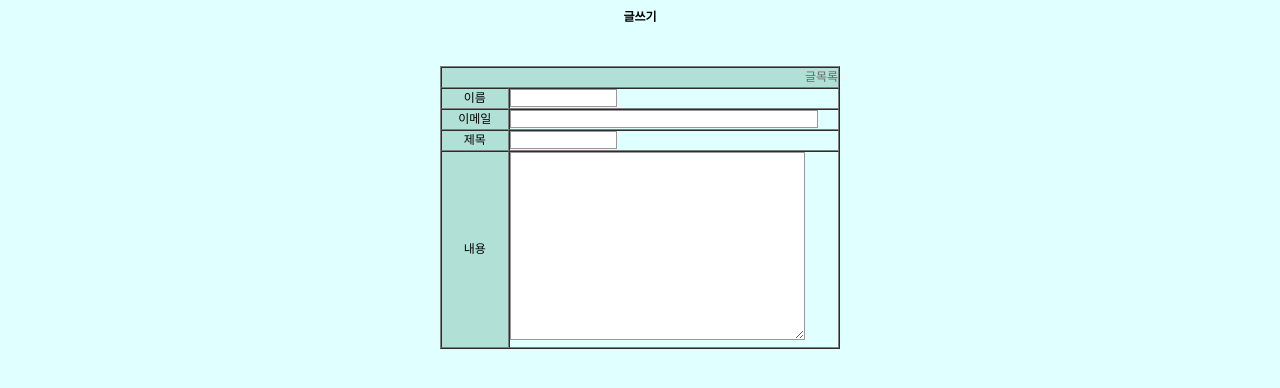
Repository: noopzzya/study_jsp_globalin
Page: http://localhost/ServletProject/boardone/writeform.jsp
An editor plug-in stored every save of this project. The page is shown before and after the next save, followed by the edit.
The browser window is 1280 px wide. The pictures show the whole page.
The page is served by Tomcat 9. Other server files are loaded and not shown.

Above is the page before, as saved 2023-02-08 01:17:54.

### ServletProject/src/main/webapp/boardone/writeform.jsp
<%@ page language="java" contentType="text/html; charset=UTF-8"
    pageEncoding="UTF-8"%>
<%@ include file = "view/color.jsp" %>

<!DOCTYPE html>
<html>
<head>
<meta charset="UTF-8">
<title>My Board</title>
<link href="style.css" rel="stylesheet" type="text/css">
</head>
<body bgcolor="<%=bodyback_c%>">

<div align="center"><b>글쓰기</b></div><br><br>

<form action="writeProc.jsp" method="post" name="writeForm" onsubmit="return writeSave()">

<table width="400" border="1" cellpadding="0" cellspacing="0" align="center" bgcolor="<%=bodyback_c%>">
	<tr>
		<td align="right" colspan="2" bgcolor="<%=value_c%>">
			<a href="list.jsp">글목록</a>
		</td>
	</tr>

	<tr>
		<td width="70" bgcolor="<%=value_c%>" align="center">이름</td>
		<td width="330">
			<input type="text" size="12" maxlength="12" name="wirter">
		</td>
	</tr>

	<tr>
		<td width="70" bgcolor="<%=value_c%>" align="center">이메일</td>
		<td width="330">
			<input type="text" size="45" maxlength="12" name="email">
		</td>
	</tr>

	<tr>
		<td width="70" bgcolor="<%=value_c%>" align="center">제목</td>
		<td width="330">
			<input type="text" size="12" maxlength="12" name="subject">
		</td>
	</tr>

	<tr>
		<td width="70" bgcolor="<%=value_c%>" align="center">내용</td>
		<td width="330">
			<textarea rows="13" cols="45" name="content"></textarea>
		</td>
	</tr>

</table>

</form>

</body>
</html>

### ServletProject/src/main/webapp/boardone/view/color.jsp
<%@ page language="java" contentType="text/html; charset=UTF-8"
    pageEncoding="UTF-8"%>

<%
	String bodyback_c = "#e0ffff";
	String back_c = "#8fbc8f";
	String title_c = "#5f9ea0";
	String value_c = "#b0e0d6";
	String bar = "#778899";
%>

### ServletProject/src/main/webapp/boardone/style.css
@charset "UTF-8";
body {
	font-size: 9pt;
	color: black;
	line-height: 160%;
	font-family: 굴림, verdana, tahoma;
}

td {
	font-size: 9pt;
	color: black;
	line-height: 160%;
	font-family: 굴림, verdana, tahoma;
}

select {
	font-size: 9pt;
	color: black;
	line-height: 160%;
	font-family: 굴림, verdana, tahoma;
}

div {
	font-size: 9pt;
	color: black;
	line-height: 160%;
	font-family: 굴림, verdana, tahoma;
}

form {
	font-size: 9pt;
	color: black;
	line-height: 160%;
	font-family: 굴림, verdana, tahoma;
}

textarea {
	border-right: 1px solid #999999;
	border-top: 1px solid #999999;
	border-left: 1px solid #999999;
	border-bottom: 1px solid #999999;
	font-size: 9pt;
	color: black;
	font-family: 굴림, verdana, tahoma;
	background-color: white;
}

input {
	border-right: 1px solid #999999;
	border-top: 1px solid #999999;
	border-left: 1px solid #999999;
	border-bottom: 1px solid #999999;
	font-size: 9pt;
	color: black;
	font-family: 굴림, verdana, tahoma;
	background-color: white;
}

a:link {
	text-decoration: none;
	color: #696969;
}

a:hover {
	text-decoration: yes;
	color: #66ccff;
}

a:visited {
	text-decoration: none;
	color: #330066;
}

After the next save:
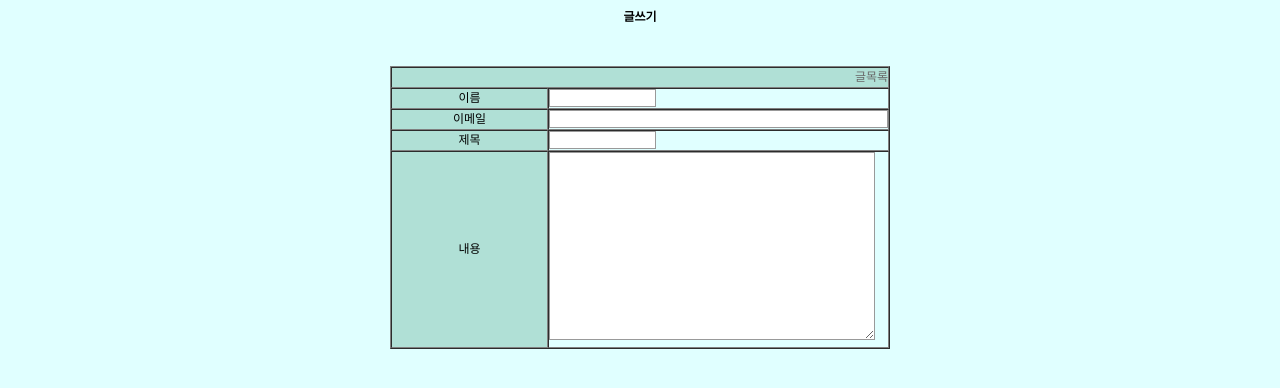
Saved 75 s later.
--- a/ServletProject/src/main/webapp/boardone/writeform.jsp
+++ b/ServletProject/src/main/webapp/boardone/writeform.jsp
@@ -15,7 +15,7 @@
 
 <form action="writeProc.jsp" method="post" name="writeForm" onsubmit="return writeSave()">
 
-<table width="400" border="1" cellpadding="0" cellspacing="0" align="center" bgcolor="<%=bodyback_c%>">
+<table width="500" border="1" cellpadding="0" cellspacing="0" align="center" bgcolor="<%=bodyback_c%>">
 	<tr>
 		<td align="right" colspan="2" bgcolor="<%=value_c%>">
 			<a href="list.jsp">글목록</a>
@@ -23,30 +23,30 @@
 	</tr>
 
 	<tr>
-		<td width="70" bgcolor="<%=value_c%>" align="center">이름</td>
+		<td width="170" bgcolor="<%=value_c%>" align="center">이름</td>
 		<td width="330">
 			<input type="text" size="12" maxlength="12" name="wirter">
 		</td>
 	</tr>
 
 	<tr>
-		<td width="70" bgcolor="<%=value_c%>" align="center">이메일</td>
+		<td width="170" bgcolor="<%=value_c%>" align="center">이메일</td>
 		<td width="330">
-			<input type="text" size="45" maxlength="12" name="email">
+			<input type="text" size="50" maxlength="12" name="email">
 		</td>
 	</tr>
 
 	<tr>
-		<td width="70" bgcolor="<%=value_c%>" align="center">제목</td>
+		<td width="170" bgcolor="<%=value_c%>" align="center">제목</td>
 		<td width="330">
 			<input type="text" size="12" maxlength="12" name="subject">
 		</td>
 	</tr>
 
 	<tr>
-		<td width="70" bgcolor="<%=value_c%>" align="center">내용</td>
+		<td width="170" bgcolor="<%=value_c%>" align="center">내용</td>
 		<td width="330">
-			<textarea rows="13" cols="45" name="content"></textarea>
+			<textarea rows="13" cols="50" name="content"></textarea>
 		</td>
 	</tr>
 
